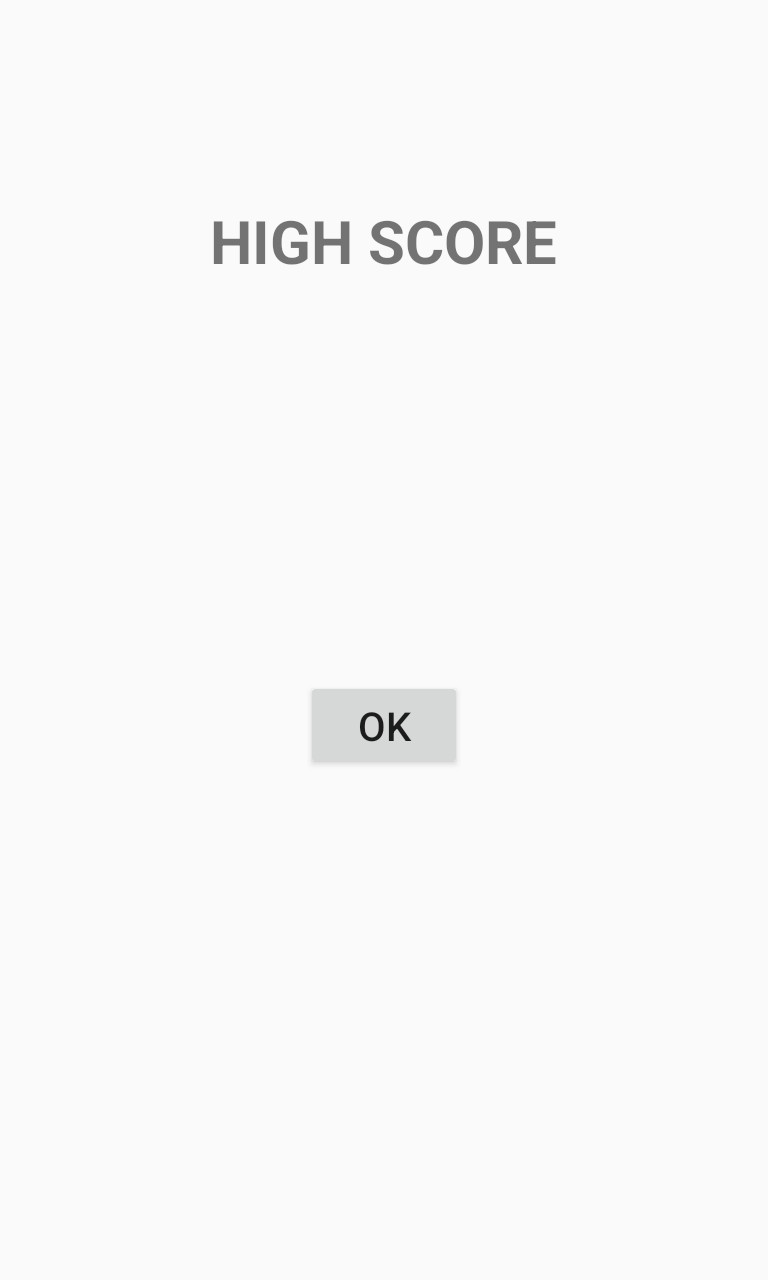
Repository: JoanneCaroll/Mathbomb
Layout: MathBomb/res/layout/activity_highscore.xml
An editor plug-in stored every save of this project. The layout is shown before and after the next save, followed by the edit.
It is drawn on a 768 x 1280 px phone screen (xhdpi) without system bars, with theme AppTheme; the app's code is not run.

Above is the layout before, as saved 2014-11-13 04:29:07.

After the next save:
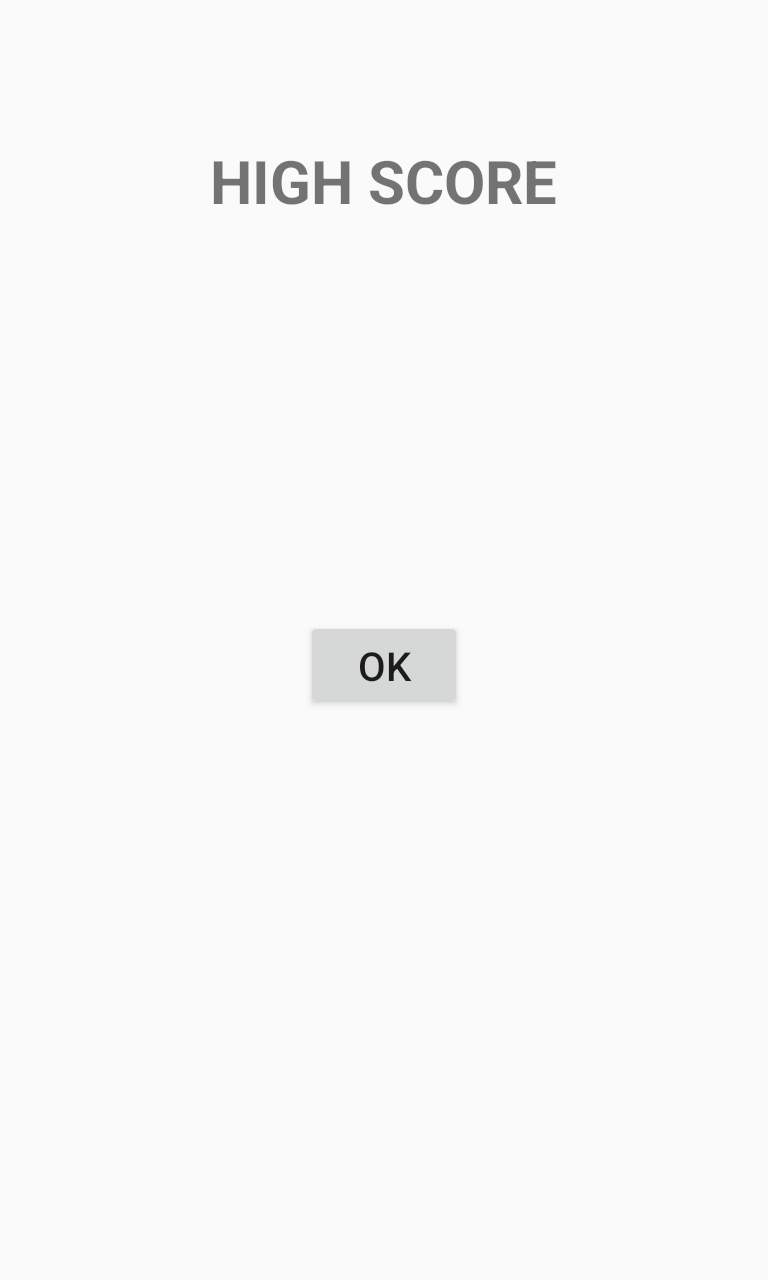
Saved 18 s later.
--- a/MathBomb/res/layout/activity_highscore.xml
+++ b/MathBomb/res/layout/activity_highscore.xml
@@ -6,7 +6,7 @@
     android:orientation="vertical" >
 
     <TextView
-        android:paddingTop="100dp"
+        android:paddingTop="70dp"
         android:paddingBottom="30dp"
         android:layout_gravity="center"
         android:id="@+id/highscoreshow"
